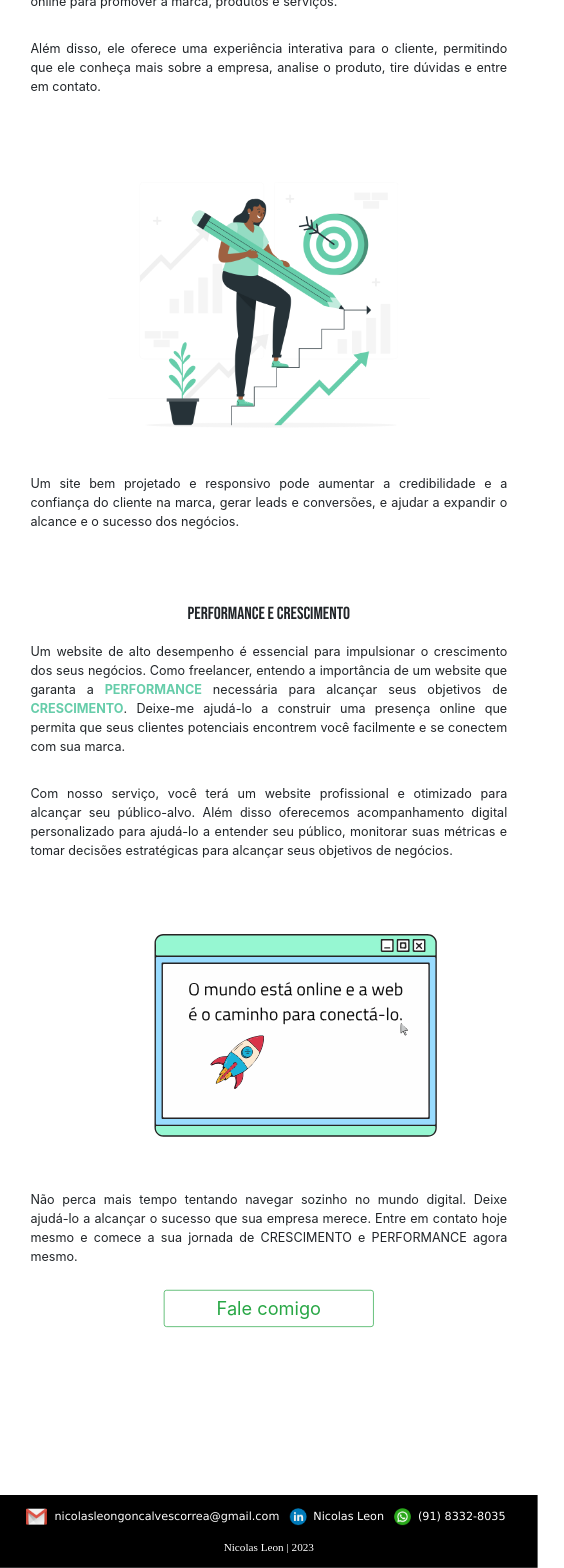
Repository: Leonngc/nicdev
Page: index.html
These files come from the project's save history. The page is drawn as it stood at one moment and after a run of saves; the edit follows.
The browser window is 768 px wide. The page is 806 px wide, so the pictures cover 806 px, including what lies to the right of the window. The pictures show the part of the page from y = 1174 to 3414 px (the page is 3414 px tall before and 3338 px after), at 70% of full size.
Some web libraries are served in a nearby version.

Above is the page before, as saved 2023-04-14 23:05:37.

After the next 4 saves:
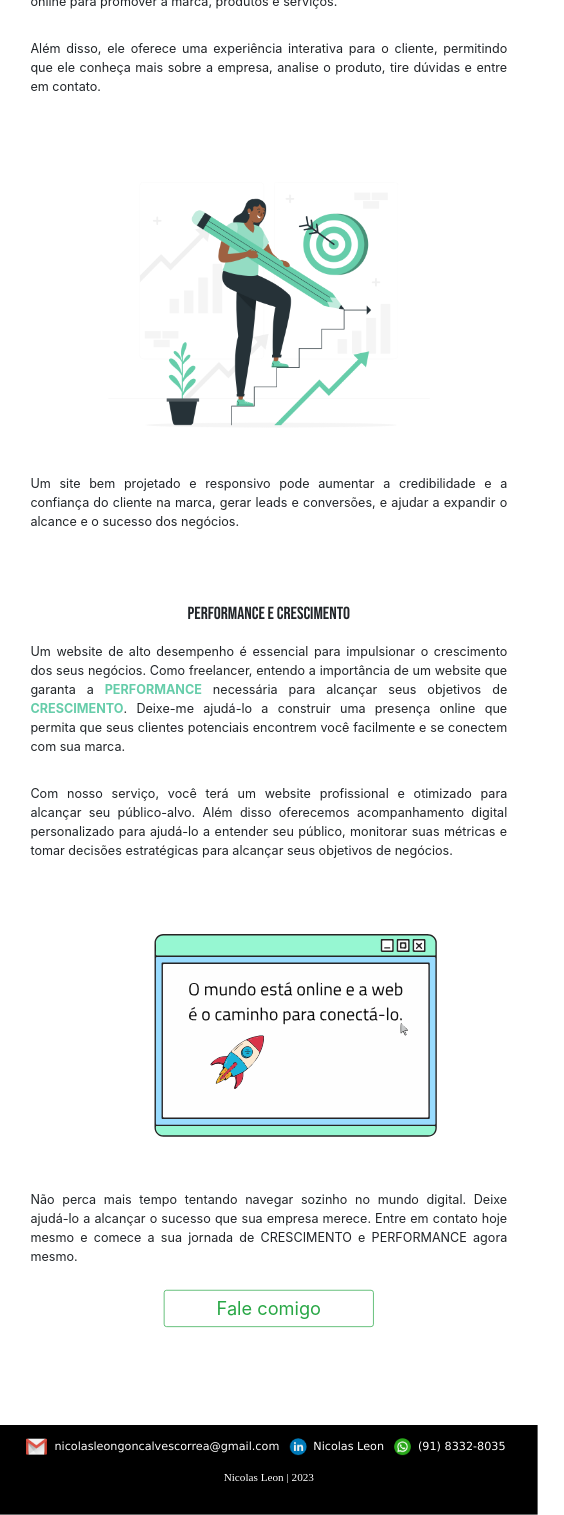
The 4 saves are shown as one change because they came seconds apart.
The last was saved 58 s later.
--- a/styles/main.css
+++ b/styles/main.css
@@ -175,5 +175,9 @@ h3{
     font-size: 25px;
 }
 
+footer{
+    margin-top: 100px;
+    height: 16vh;
+}
 
 }
